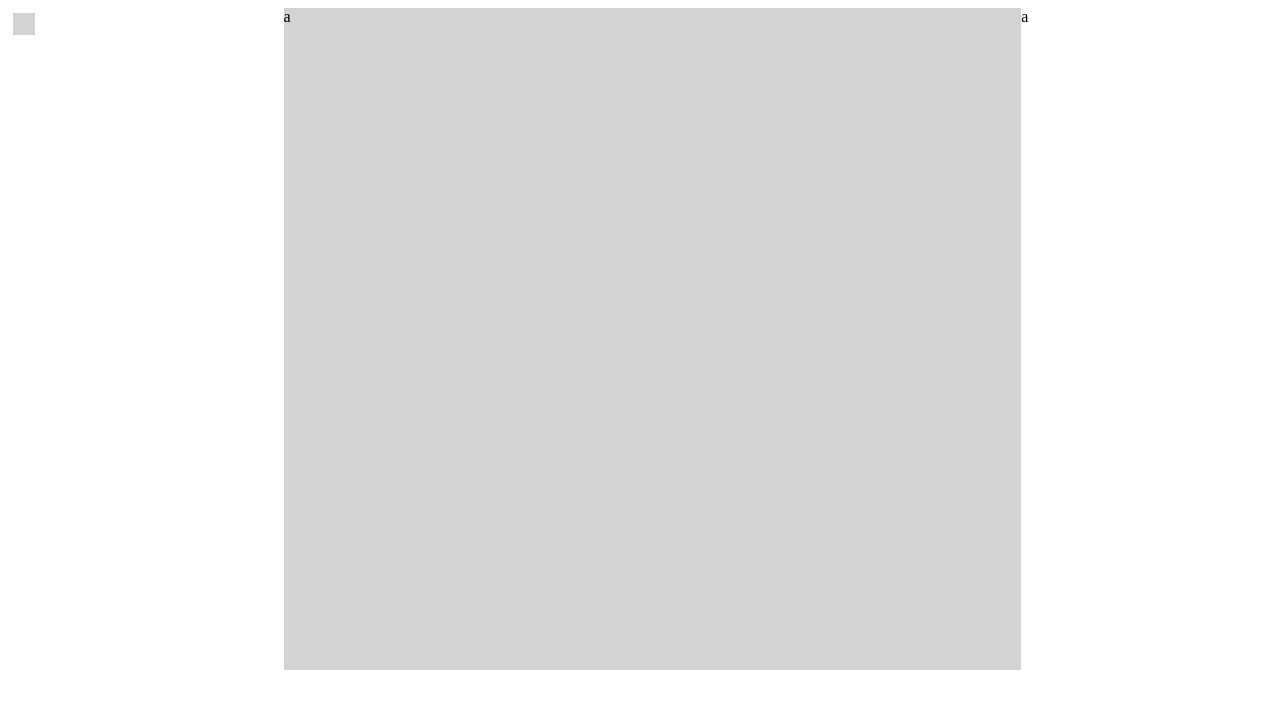
Repository: tr2cky/exercise2
Page: index.html
The author's editor kept a copy of each file at every save. The page is drawn from the files as they stood at one save, then again after the next save.
The browser window is 1280 px wide. The pictures show the whole page.

Above is the page before, as saved 2022-10-01 10:54:15.

### index.html
<!DOCTYPE html>
<html lang="en">
<head>
    <meta charset="UTF-8">
    <meta http-equiv="X-UA-Compatible" content="IE=edge">
    <meta name="viewport" content="width=device-width, initial-scale=1.0">
    <link rel="stylesheet" href="style.css">
    <title>Document</title>
</head>
<body>
    <div class="container">
        <div class="side1">

            <div class="sidec" id="a"></div>
            <div class="sidec" id="b"></div>
            <div class="sidec" id="c"></div>
            <div class="sidec" id="d"></div>
            <div class="sidec" id="f"></div>
            <div class="sidec" id="g"></div>
            <div class="sidec" id="h"></div>
            <div class="sidec" id="j"></div>

        </div>
        <main>
a
        </main>
        <div class="side2">
                a
        </div>
    </div>
</body>
</html>

### style.css
.container {
    display: flex;
    flex-direction: row;
    height: 92vh;
}
main {
    flex-grow: 3;
    background-color: lightgray;
}
.side1 {
    flex-grow: 1;
    display: flex;
    flex-direction: column;
}
.side2 {
    flex-grow: 1;
}
.sidec {
    background-color: lightgray;
}
#a {
    border: 1px solid lightgray;
    width: 10px;
    height: 10px;
    padding: 5px;
    margin: 5px;
}

After the next save:
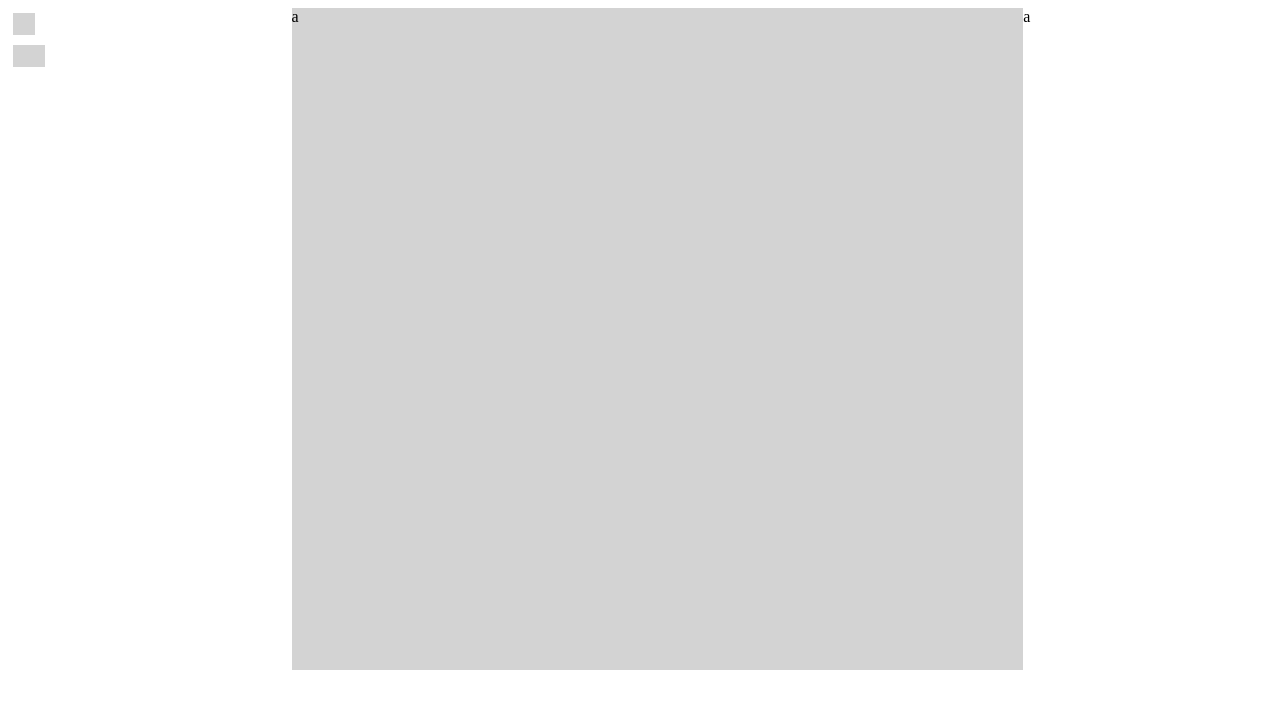
Saved 37 s later.
--- a/style.css
+++ b/style.css
@@ -25,3 +25,10 @@ main {
     padding: 5px;
     margin: 5px;
 }
+#b {
+    border: 1px solid lightgray;
+    width: 20px;
+    height: 10px;
+    padding: 5px;
+    margin: 5px;
+}

After the 2 saves that followed:
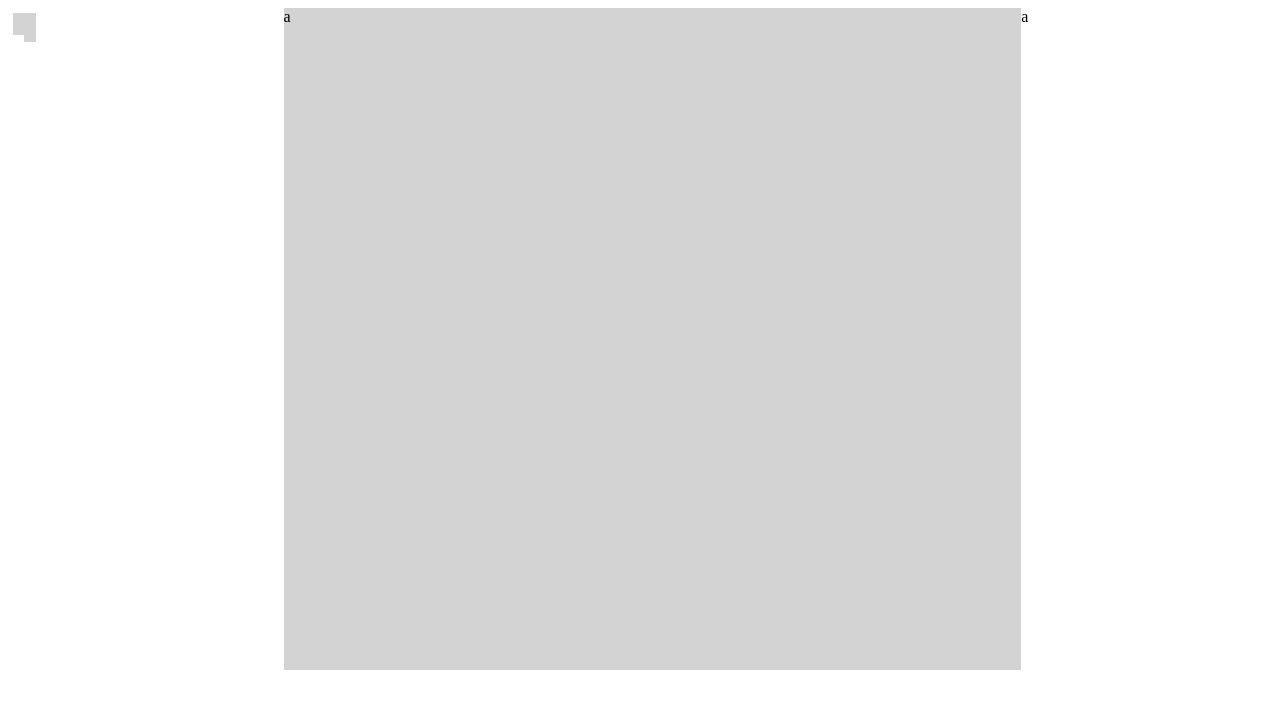
The 2 saves are shown as one change because 1 left the picture as it was.
The last was saved 96 s later.
--- a/index.html
+++ b/index.html
@@ -11,8 +11,8 @@
     <div class="container">
         <div class="side1">
 
-            <div class="sidec" id="a"></div>
-            <div class="sidec" id="b"></div>
+            <div class="sidec" id="a"><span class="sidec" id="b"></span></div>
+
             <div class="sidec" id="c"></div>
             <div class="sidec" id="d"></div>
             <div class="sidec" id="f"></div>
